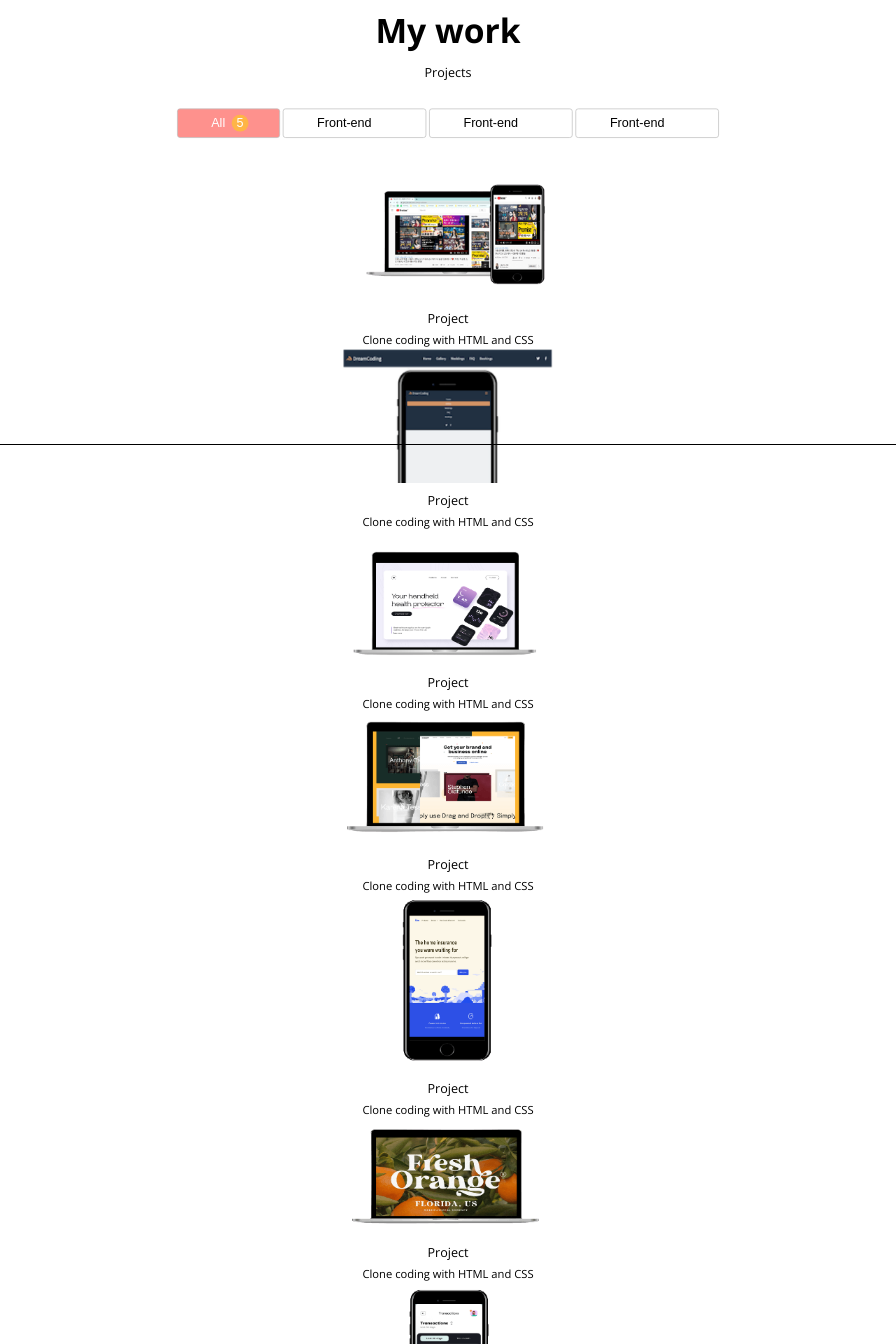
Repository: beomsu9696/Dream_Coding_Academy4
Page: index.html
These files come from the project's save history. The page is drawn as it stood at one moment and after the next save; the edit follows.
The browser window is 1280 px wide. The pictures show the part of the page from y = 2270 to 4190 px (the page is 6074 px tall before and 5538 px after), at 70% of full size.
Some web libraries are served in a nearby version.

Above is the page before, as saved 2021-01-26 15:31:49.

### index.html
<!DOCTYPE html>
<html lang="en">
  <head>
    <meta charset="UTF-8" />
    <meta name="viewport" content="width=device-width, initial-scale=1.0" />
    <title>Portfolio</title>
    <meta name="description" content="Portfolio" />
    <meta name="author" content="Beomsu" />
    <link rel="icon" type="image/png" href="images/favicon.png" />
    <script
      src="https://kit.fontawesome.com/c90a48a564.js"
      crossorigin="anonymous"
    ></script>
    <link rel="preconnect" href="https://fonts.gstatic.com" />
    <link
      href="https://fonts.googleapis.com/css2?family=Open+Sans:wght@400;600;700&display=swap"
      rel="stylesheet"
    />
    <link rel="stylesheet" href="style.css" />
    <script src="main.js" defer></script>
  </head>
  <body>
    <!-- Navbar -->
    <nav id="navbar">
      <div class="navbar__logo">
        <i class="fab fa-diaspora"></i>
        <a href="#">Beomsu</a>
      </div>
      <ul class="navbar__menu">
        <li class="navbar__menu__item active">Home</li>
        <li class="navbar__menu__item">About</li>
        <li class="navbar__menu__item">Skills</li>
        <li class="navbar__menu__item">My Work</li>
        <li class="navbar__menu__item">Testimonials</li>
        <li class="navbar__menu__item">Contact</li>
      </ul>
    </nav>
    <!-- Home -->
    <section id="home">
      <img
        src="images/profile.JPG"
        alt="Beomsu's profile photo"
        class="home__avatar"
      />
      <h1 class="home__title">Hello, <br />I'm Dream Coder</h1>
      <h2 class="home__description">Working from home</h2>
      <button class="home__contact">Contact Me</button>
    </section>
    <!-- About -->
    <section id="about" class="section section__container">
      <h1>About me</h1>
      <p>
        Lorem ipsum dolor sit, amet consectetur adipisicing elit. Nesciunt,
        minus officiis? Accusamus eligendi animi fuga quam ex sed eos similique
        quidem sit eum veniam facere aliquid natus, inventore nesciunt quod.
      </p>
      <div class="about__majors">
        <div class="major">
          <div class="major__icon">
            <i class="fab fa-html5"></i>
          </div>
          <h2 class="major__title">Front-end</h2>
          <div class="major__description">
            HTML, CSS, JavaScript, React, TypeScript
          </div>
        </div>
        <div class="major">
          <div class="major__icon">
            <i class="fab fa-html5"></i>
          </div>
          <h2 class="major__title">Front-end</h2>
          <div class="major__description">
            HTML, CSS, JavaScript, React, TypeScript
          </div>
        </div>
        <div class="major">
          <div class="major__icon">
            <i class="fab fa-html5"></i>
          </div>
          <h2 class="major__title">Front-end</h2>
          <div class="major__description">
            HTML, CSS, JavaScript, React, TypeScript
          </div>
        </div>
      </div>
      <div class="about__jobs">
        <div class="job">
          <img
            src="images/jobs/logo-nongshim.png"
            alt="nongshim"
            class="job__logo"
          />
          <div class="job__description">
            <p class="job__name">Nongshim</p>
            <p class="job__period">2013 10 - 2018 3</p>
          </div>
        </div>
        <div class="job">
          <img src="" alt="" class="job__logo" />
          <div class="job__description">
            <p class="job__name"></p>
            <p class="job__period"></p>
          </div>
        </div>
      </div>
    </section>
    <!-- Skills -->
    <section id="skills" class="section">
      <div class="section__container">
        <h1>Skills</h1>
        <h2>Skills & Attributes</h2>
        <p>
          Lorem, ipsum dolor sit amet consectetur adipisicing elit. Vel odit
          repellendus quidem quod quibusdam et autem sint doloribus quis dolore.
          Provident aliquid suscipit voluptates iste sunt delectus unde cumque
          repellendus!
        </p>
        <div class="skillset">
          <div class="skillset__left">
            <h3 class="skillset__title">Skills</h3>
            <div class="skill">
              <div class="skill__description">
                <span>HTML</span>
                <span>70%</span>
              </div>
              <!-- <progress value="70" max="100"></progress> -->
              <div class="skill__bar">
                <div class="skill__value" style="width: 70%"></div>
              </div>
            </div>
            <div class="skill">
              <div class="skill__description">
                <span>HTML</span>
                <span>70%</span>
              </div>
              <div class="skill__bar">
                <div class="skill__value"></div>
              </div>
            </div>
            <div class="skill">
              <div class="skill__description">
                <span>HTML</span>
                <span>70%</span>
              </div>
              <div class="skill__bar">
                <div class="skill__value"></div>
              </div>
            </div>
            <div class="skill">
              <div class="skill__description">
                <span>HTML</span>
                <span>70%</span>
              </div>
              <div class="skill__bar">
                <div class="skill__value"></div>
              </div>
            </div>
            <div class="skill">
              <div class="skill__description">
                <span>HTML</span>
                <span>70%</span>
              </div>
              <div class="skill__bar">
                <div class="skill__value"></div>
              </div>
            </div>
          </div>
          <div class="skillset__right">
            <div class="tools">
              <h3 class="skillset__title">Tools</h3>
              <ul class="tools__list">
                <li><span>Visual Studio Code</span></li>
                <li><span>Visual Studio Code</span></li>
                <li><span>Visual Studio Code</span></li>
                <li><span>Visual Studio Code</span></li>
                <li><span>Visual Studio Code</span></li>
              </ul>
            </div>
            <div class="etc">
              <h3 class="skillset__title">Etc</h3>
              <ul class="etc__list">
                <li><span>Git</span></li>
                <li><span>Git</span></li>
                <li><span>Git</span></li>
              </ul>
            </div>
          </div>
        </div>
      </div>
    </section>
    <!-- Work -->
    <section id="work" class="section">
      <h1>My work</h1>
      <h3>Projects</h3>
      <div class="work__categories">
        <button class="category__btn active">
          All <span class="category__count">5</span>
        </button>
        <button class="category__btn">
          Front-end <span class="category__count">5</span>
        </button>
        <button class="category__btn">
          Front-end <span class="category__count">5</span>
        </button>
        <button class="category__btn">
          Front-end <span class="category__count">5</span>
        </button>
      </div>
      <div class="work__projects">
        <a href="#" class="project" target="_blank"></a>
        <img
          class="project__img"
          src="images/projects/project1.png"
          alt="Project1"
        />
        <div class="project__description">
          <h3>Project</h3>
          <span>Clone coding with HTML and CSS</span>
        </div>
      </div>
      <div class="work__projects">
        <a href="#" class="project" target="_blank"></a>
        <img
          class="project__img"
          src="images/projects/project2.png"
          alt="Project2"
        />
        <div class="project__description">
          <h3>Project</h3>
          <span>Clone coding with HTML and CSS</span>
        </div>
      </div>
      <div class="work__projects">
        <a href="#" class="project" target="_blank"></a>
        <img
          class="project__img"
          src="images/projects/project3.png"
          alt="Project3"
        />
        <div class="project__description">
          <h3>Project</h3>
          <span>Clone coding with HTML and CSS</span>
        </div>
      </div>
      <div class="work__projects">
        <a href="#" class="project" target="_blank"></a>
        <img
          class="project__img"
          src="images/projects/project4.png"
          alt="Project4"
        />
        <div class="project__description">
          <h3>Project</h3>
          <span>Clone coding with HTML and CSS</span>
        </div>
      </div>
      <div class="work__projects">
        <a href="#" class="project" target="_blank"></a>
        <img
          class="project__img"
          src="images/projects/project5.png"
          alt="Project5"
        />
        <div class="project__description">
          <h3>Project</h3>
          <span>Clone coding with HTML and CSS</span>
        </div>
      </div>
      <div class="work__projects">
        <a href="#" class="project" target="_blank"></a>
        <img
          class="project__img"
          src="images/projects/project6.png"
          alt="Project6"
        />
        <div class="project__description">
          <h3>Project</h3>
          <span>Clone coding with HTML and CSS</span>
        </div>
      </div>
      <div class="work__projects">
        <a href="#" class="project" target="_blank"></a>
        <img
          class="project__img"
          src="images/projects/project7.png"
          alt="Project7"
        />
        <div class="project__description">
          <h3>Project</h3>
          <span>Clone coding with HTML and CSS</span>
        </div>
      </div>
      <div class="work__projects">
        <a href="#" class="project" target="_blank"></a>
        <img
          class="project__img"
          src="images/projects/project8.png"
          alt="Project8"
        />
        <div class="project__description">
          <h3>Project</h3>
          <span>Clone coding with HTML and CSS</span>
        </div>
      </div>
    </section>
    <!-- Testimonials -->
    <section id="testimonials" class="section">
      <h1>Testimonials</h1>
      <h3>See what they say about me</h3>
      <div class="testimonials">
        <div class="testimonial">
          <img
            src="images/people1.jpg"
            alt="People"
            class="testmonial__avatar"
          />
          <div class="testimonial__speech-bubble">
            <p>
              Lorem ipsum dolor sit amet consectetur adipisicing elit. Corporis
              sequi mollitia odit commodi, neque illo. Voluptatum possimus illum
              qui dolores optio porro ipsa doloribus atque tenetur voluptas,
              distinctio nulla sit?
            </p>
            <p class="name"><a href="#">Man</a>Google</p>
          </div>
        </div>
        <div class="testimonial">
          <img
            src="images/people1.jpg"
            alt="People"
            class="testmonial__avatar"
          />
          <div class="testimonial__speech-bubble">
            <p>
              Lorem ipsum dolor sit amet consectetur adipisicing elit. Corporis
              sequi mollitia odit commodi, neque illo. Voluptatum possimus illum
              qui dolores optio porro ipsa doloribus atque tenetur voluptas,
              distinctio nulla sit?
            </p>
            <p class="name"><a href="#">Man</a>Google</p>
          </div>
        </div>
      </div>
    </section>
    <!-- Contact -->
    <section id="contact" class="section">
      <h1 class="contact__title">Let's talk</h1>
      <h2 class="contact__email">dream.coder.ellie@gmail.com</h2>
      <div class="contact__links">
        <a href="#" target="_blank">
          <i class="fab fa-github"></i>
        </a>
        <a href="#" target="_blank">
          <i class="fab fa-linkedin"></i>
        </a>
      </div>
      <p class="contact__rights">
        2021 Dream Coding Ellie - All rights reserved
      </p>
    </section>
  </body>
</html>

### style.css
/* Universal tags */
* {
  box-sizing: border-box;
}

body {
  margin: 0;
  font-family: "Open Sans", sans-serif;
  cursor: default;
}

a {
  text-decoration: none;
  color: var(--color-white);
}

ul {
  list-style: none;
  padding-left: 0;
}

button {
  outline: none;
  background-color: transparent;
  cursor: pointer;
  border: none;
}

/* Global */
:root {
  /* Color */
  --color-white: #ffffff;
  --color-light-white: #eeeeee;
  --color-dark-white: #bdbdbd;
  --color-pink: #fe918d;
  --color-dark-pink: #ff6863;
  --color-dark-grey: #4d4d4d;
  --color-grey: #616161;
  --color-light-grey: #7c7979;
  --color-blue: #73aace;
  --color-yellow: #fff7d1;
  --color-orange: #feb546;
  --color-black: #000000;

  /* Font size */
  --font-large: 48px;
  --font-medium: 28px;
  --font-regular: 18px;
  --font-small: 16px;
  --font-micro: 14px;

  /* Font weight */
  --weight-bold: 700;
  --weight-semi-bold: 600;
  --weight-regular: 400;

  /* Size */
  --size-border-radius: 4px;

  /* Animation */
  --animation-duration: 300ms;
}

/* Typography */

h1 {
  font-size: var(--font-large);
  font-weight: var(--weight-bold);
  color: var(--color-black);
  margin: 16px 0px;
}

h2 {
  font-size: var(--font-medium);
  font-weight: var(--weight-semi-bold);
  color: var(--color-black);
  margin: 8px 0;
}

h3 {
  font-size: var(--font-regular);
  font-weight: var(--weight-regular);
  color: var(--color-black);
  margin: 8px 0;
}

p {
  font-size: var(--font-regular);
  font-weight: var(--weight-regular);
  color: var(--color-black);
  margin: 4px 0;
}

/* Navbar */
#navbar {
  display: flex;
  justify-content: space-between;
  background-color: var(--color-pink);
  align-items: center;
  color: var(--color-white);
  padding: 16px;
}

.navbar__menu {
  display: flex;
}

.navbar__logo {
  font-size: var(--font-medium);
  font-weight: var(--weight-semi-bold);
}

.navbar__menu__item {
  padding: 8px 12px;
  margin: 0 4px;
  cursor: pointer;
  border-radius: var(--size-border-radius);
}

.navbar__menu__item.active {
  border: 1px solid var(--color-white);
}

.navbar__menu__item:hover {
  background-color: var(--color-dark-pink);
}

/* Home */
#home {
  background: center/cover no-repeat url(images/homebackground.png);
  padding: 40px;
  text-align: center;
}

.home__avatar {
  width: 250px;
  height: 250px;
  border-radius: 50%;
  border: 2px solid var(--color-light-white);
}

.home__title,
.home__description {
  color: var(--color-white);
}

.home__contact {
  color: var(--color-white);
  font-size: var(--font-regular);
  font-weight: var(--weight-bold);
  margin: 24px;
  padding: 8px 12px;
  border: 2px solid var(--color-white);
  border-radius: var(--size-border-radius);
}

/* Section common */
.section {
  text-align: center;
  padding: 50px;
  margin: auto;
}

.section__container {
  max-width: 1200px;
  margin: auto;
}
/* About */
.about__majors {
  display: flex;
  justify-content: space-between;
  margin: 80px 0;
}

.major__icon {
  width: 170px;
  height: 170px;
  line-height: 170px;
  font-size: 70px;
  margin: auto;
  color: var(--color-blue);
  border: 1px solid var(--color-blue);
  border-radius: 50%;
  margin-bottom: 16px;
}

.major__icon i {
  transition: all var(--animation-duration) ease;
}

.major__icon:hover i {
  color: var(--color-pink);
  transform: rotate(-30deg) scale(1.1);
}

.major__title,
.major__description {
  color: var(--color-dark-grey);
}

.major__description {
  font-size: var(--font-small);
}

.job {
  display: flex;
  align-items: center;
}

.job__description {
  margin: 0 16px;
  text-align: left;
}

.job__name,
.job__period {
  color: var(--color-light-grey);
}

.job__name {
  font-size: var(--font-small);
}

.job__period {
  font-size: var(--font-micro);
}

/* Skill */
#skills {
  background-color: var(--color-yellow);
}

.skillset {
  display: flex;
  background-color: var(--color-light-grey);
  color: var(--color-light-white);
  margin: 20px 0;
}

.skillset__title {
  color: var(--color-white);
}

.skillset__left {
  flex-basis: 60%;
  background-color: var(--color-dark-grey);
  padding: 20px 40px;
}

.skill {
  margin-bottom: 8px;
}

.skill__description {
  display: flex;
  justify-content: space-between;
}

.skill__bar {
  width: 100%;
  height: 3px;
  background-color: var(--color-grey);
}

.skill__value {
  width: 100%;
  height: 3px;
  background-color: var(--color-orange);
}

.skillset__right {
  flex-basis: 40%;
}

.tools {
  background-color: var(--color-grey);
}

.tools,
.etc {
  padding: 20px;
}

/* Work */
.work__categories {
  margin: 40px;
}

.category__btn {
  border: 1px solid var(--color-dark-white);
  border-radius: var(--size-border-radius);
  font-size: var(--font-regular);
  padding: 8px 48px;
}

.category__btn.active,
.category__btn:hover {
  background-color: var(--color-pink);
  color: var(--color-white);
}

.category__btn.active .category__count,
.category__btn:hover .category__count {
  opacity: 1;
  top: 0;
}

.category__count {
  background-color: var(--color-orange);
  border-radius: 50%;
  color: var(--color-white);
  width: 24px;
  height: 24px;
  line-height: 24px;
  display: inline-block;
  position: relative;
  top: -20px;
  left: 4px;
  opacity: 0;
  transition: all var(--animation-duration) ease-in;
}

Loaded but not shown: main.js (no copy from this time; the picture is the same without it)

After the next save:
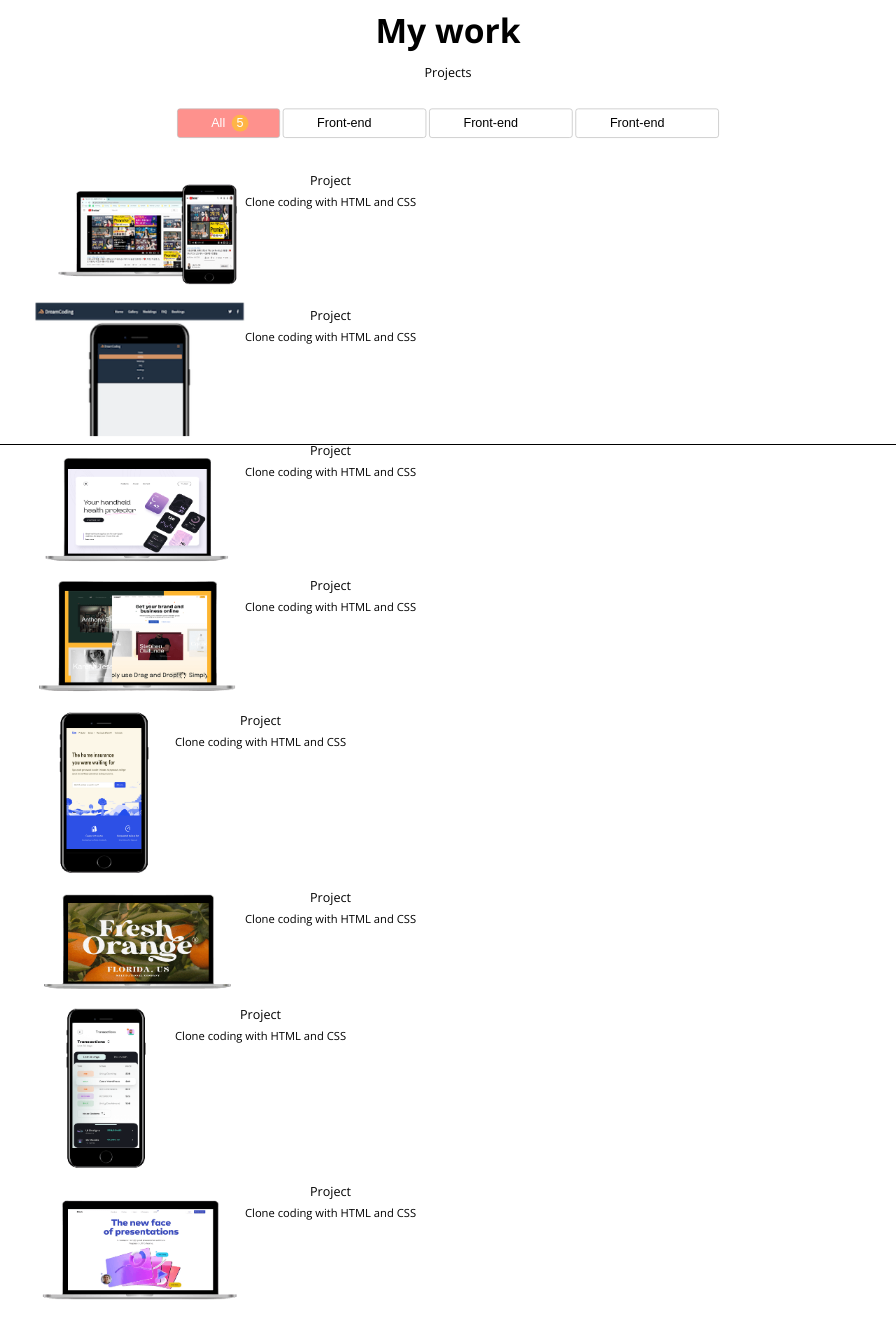
Saved 41 s later.
--- a/style.css
+++ b/style.css
@@ -319,3 +319,7 @@
   opacity: 0;
   transition: all var(--animation-duration) ease-in;
 }
+
+.work__projects {
+  display: flex;
+}
